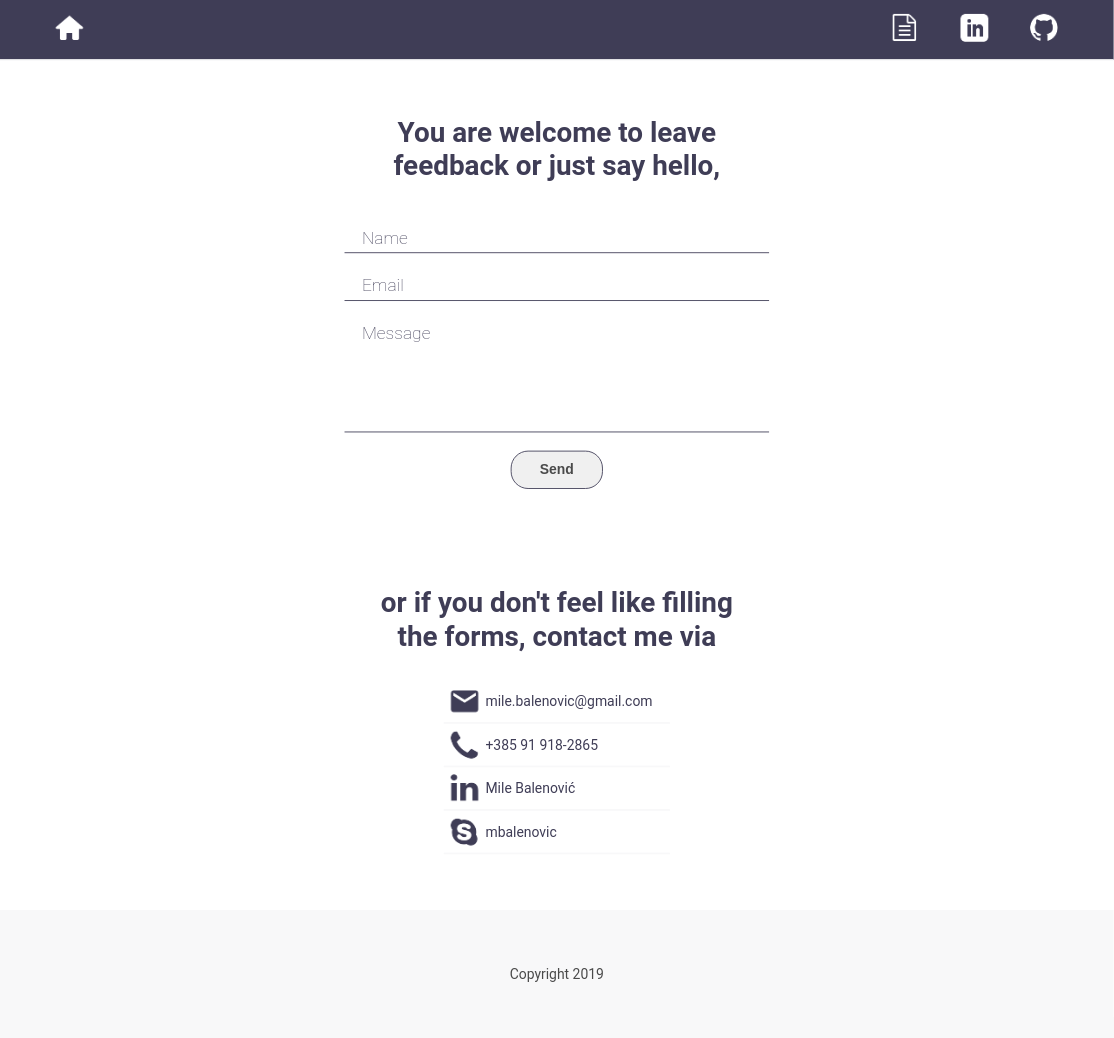
Repository: milac0/my-website
Page: /contact
The author's editor kept a copy of each file at every save. The page is drawn from the files as they stood at one save, then again after the next save.
The browser window is 1280 px wide. The pictures show the whole page, at 87% of full size.
The project was rebuilt for these pictures with package versions that can differ from the ones it lists, and the page was loaded fresh each time. Also part of the build but not shown: src/components/Hero.js, src/components/AboutMe.js, src/components/Education.js, src/components/Experience.js, src/components/Projects.js, src/components/SectionCTA.js, src/pages/Home.js. Imported but missing from the stored project, and not drawn on this page: src/resume.pdf.

Above is the page before, as saved 2019-10-24 21:54:39.

After the next save:
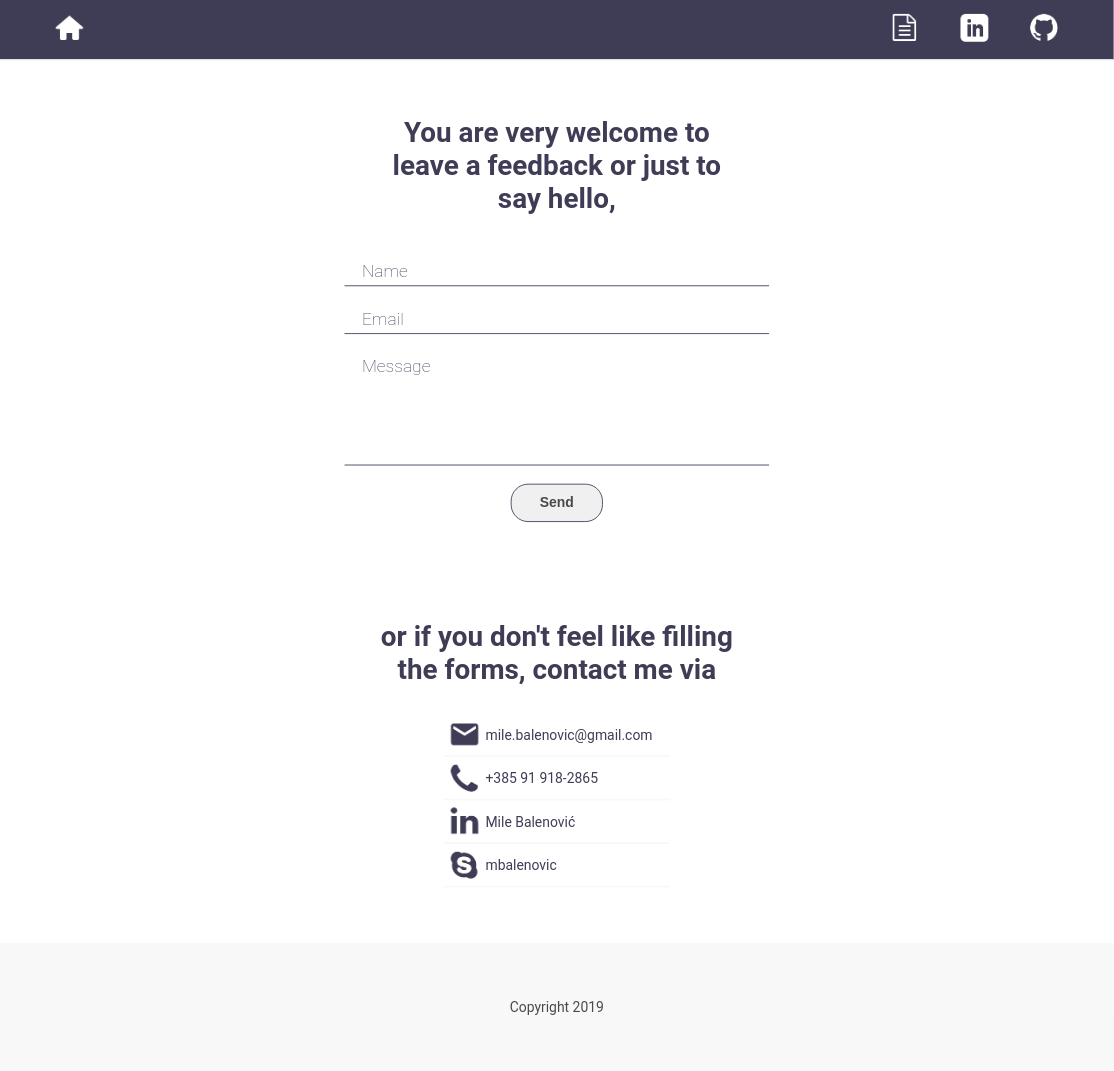
Saved 14 min 17 s later.
--- a/src/pages/Contact.js
+++ b/src/pages/Contact.js
@@ -16,7 +16,7 @@ const Contact = () => {
       <main>
         <div className={styles.container}>
           <h1 className={styles.contactTitle}>
-            You are welcome to leave feedback or just say hello,
+          You are very welcome to leave a feedback or just to say hello,
           </h1>
           <section>
             <FormContact />
